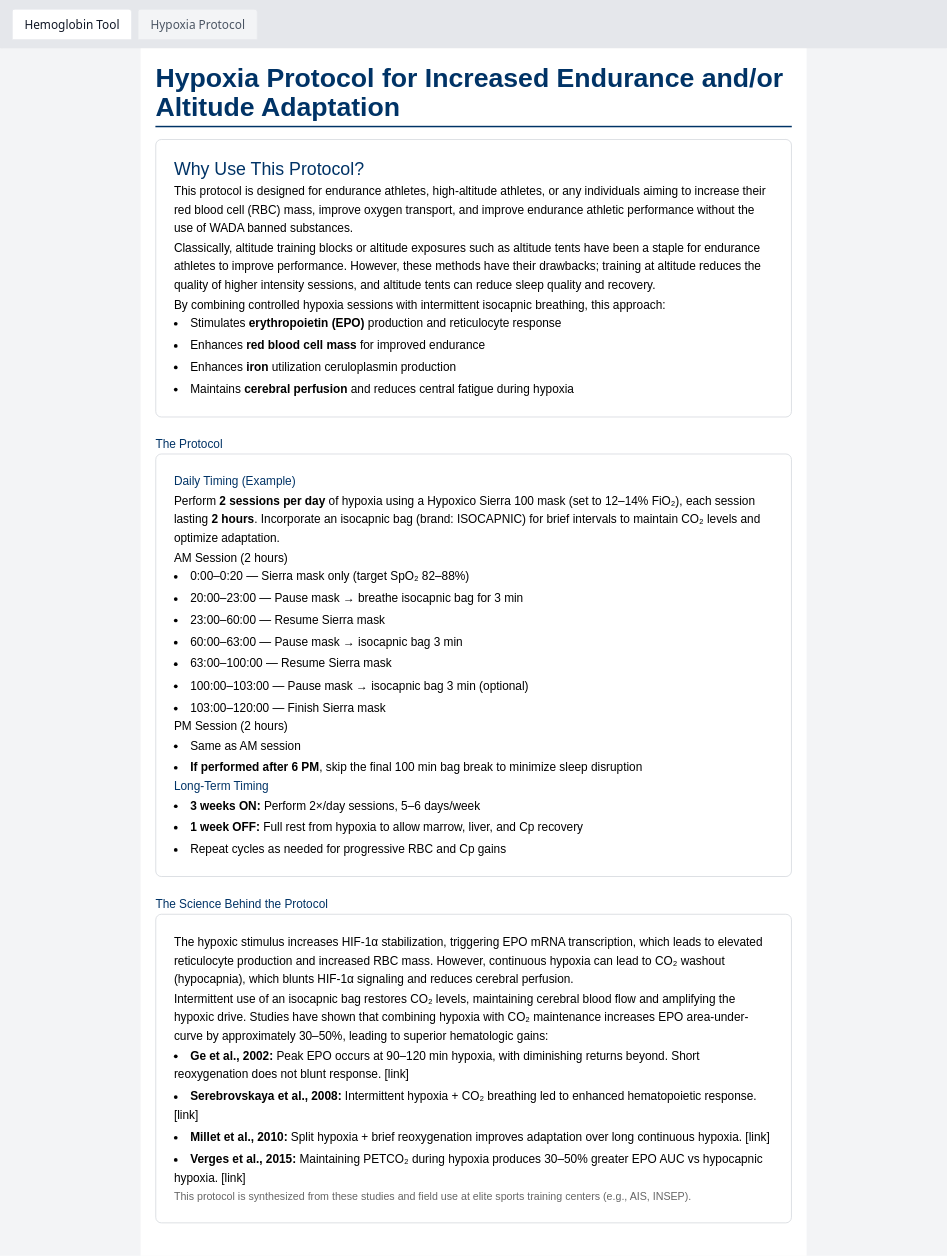
Repository: austenhughes1/hemoglobin_rbc_metrics
Page: hypoxia_protocol.html
The author's editor kept a copy of each file at every save. The page is drawn from the files as they stood at one save, then again after the next save.
The browser window is 1280 px wide. The pictures show the whole page, at 74% of full size.
Some web libraries are served in a nearby version.

Above is the page before, as saved 2025-06-25 13:21:14.

After the next save:
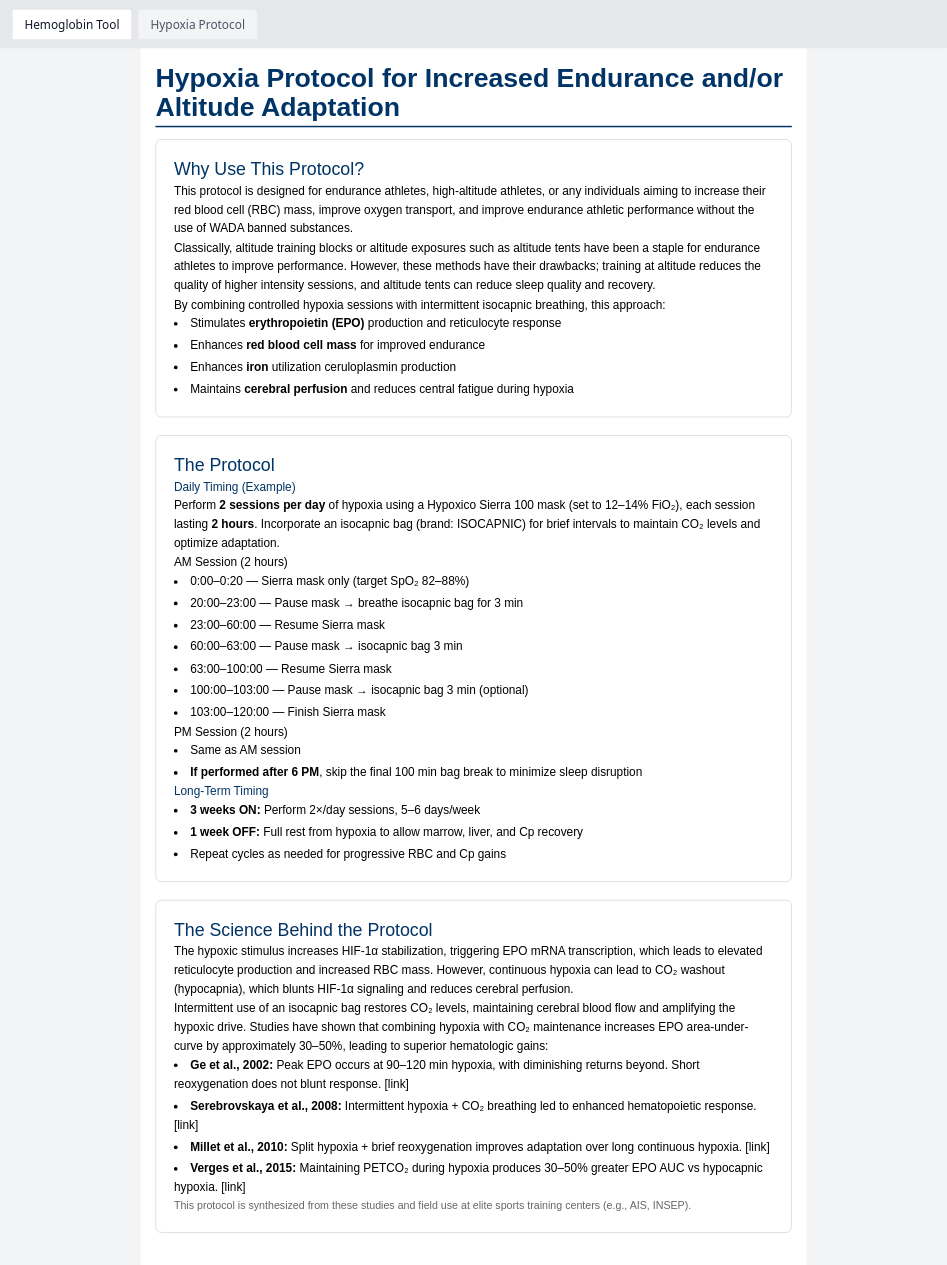
Saved 34 s later.
--- a/hypoxia_protocol.html
+++ b/hypoxia_protocol.html
@@ -60,9 +60,9 @@
             <li>Maintains <strong>cerebral perfusion</strong> and reduces central fatigue during hypoxia</li>
         </ul>
     </section>
-    <h2>The Protocol</h2>
+
     <section class="border border-gray-300 rounded-lg p-6 mb-6 bg-white">
-
+        <h2 class="text-2xl">The Protocol</h2>
         <h3>Daily Timing (Example)</h3>
         <p>
         Perform <strong>2 sessions per day</strong> of hypoxia using a Hypoxico Sierra 100 mask (set to 12–14% FiO₂), each session lasting <strong>2 hours</strong>. Incorporate an isocapnic bag (brand: ISOCAPNIC) for brief intervals to maintain CO₂ levels and optimize adaptation.
@@ -93,9 +93,9 @@
         </ul>
     </section>
 
-    <h2>The Science Behind the Protocol</h2>
+
     <section class="border border-gray-300 rounded-lg p-6 mb-6 bg-white">
-
+        <h2 class="text-2xl">The Science Behind the Protocol</h2>
         <p>
         The hypoxic stimulus increases HIF-1α stabilization, triggering EPO mRNA transcription, which leads to elevated reticulocyte production and increased RBC mass. However, continuous hypoxia can lead to CO₂ washout (hypocapnia), which blunts HIF-1α signaling and reduces cerebral perfusion.
         </p>
